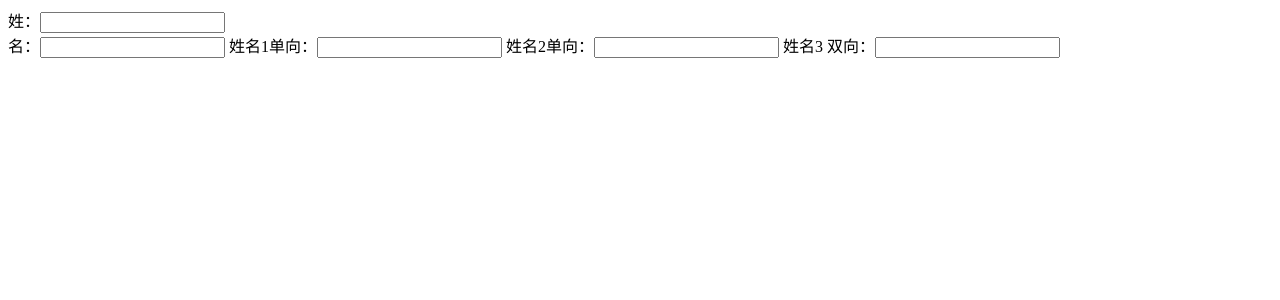
Repository: Shawn1030/vue_mall
Page: 1.html
An editor plug-in stored every save of this project. The page is shown before and after the next save, followed by the edit.
The browser window is 1280 px wide. The pictures show the whole page.
Some web libraries are served in a nearby version.

Above is the page before, as saved 2020-04-28 21:14:11.

### 1.html
<!DOCTYPE html>
<html lang="zh-CN">

<head>
  <meta charset="UTF-8">
  <meta name="viewport" content="width=device-width, initial-scale=1.0">
  <title>Document</title>
  <script src="./node_modules/vue/dist/vue.js"></script>
</head>

<body>
  <div id="app">
    姓：<input type="text" v-model='firstName'><br>
    名：<input type="text" v-model='firstName'>
    姓名1单向：<input type="text" v-model='firstName'>
    姓名2单向：<input type="text" v-model='firstName'>
    姓名3 双向：<input type="text" >
    <p>{{firstName}}</p>
  </div>

  <script>
    const app = new Vue({
      el: '#app',
      data: {
        firstName:''
      },
      methods: {}
    });
  </script>
</body>

</html>

After the next save:
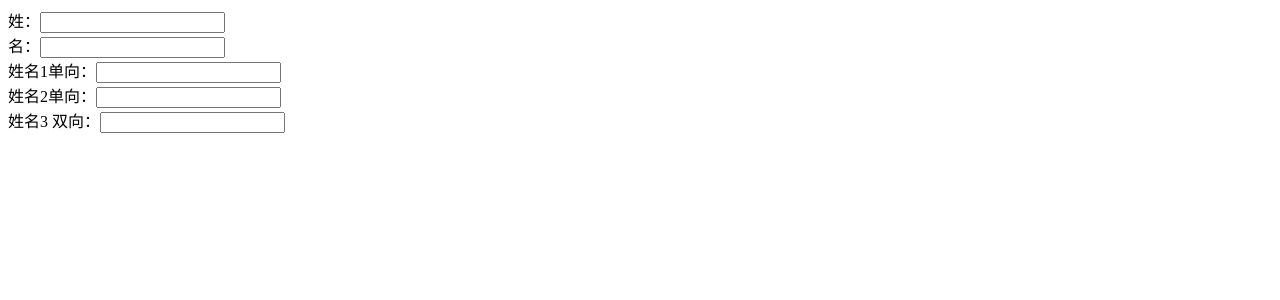
Saved 27 s later.
--- a/1.html
+++ b/1.html
@@ -11,9 +11,9 @@
 <body>
   <div id="app">
     姓：<input type="text" v-model='firstName'><br>
-    名：<input type="text" v-model='firstName'>
-    姓名1单向：<input type="text" v-model='firstName'>
-    姓名2单向：<input type="text" v-model='firstName'>
+    名：<input type="text" v-model='lastName'><br>
+    姓名1单向：<input type="text" v-model='firstName'><br>
+    姓名2单向：<input type="text" v-model='firstName'><br>
     姓名3 双向：<input type="text" >
     <p>{{firstName}}</p>
   </div>
@@ -22,7 +22,8 @@
     const app = new Vue({
       el: '#app',
       data: {
-        firstName:''
+        firstName:'',
+        lastName:''
       },
       methods: {}
     });
